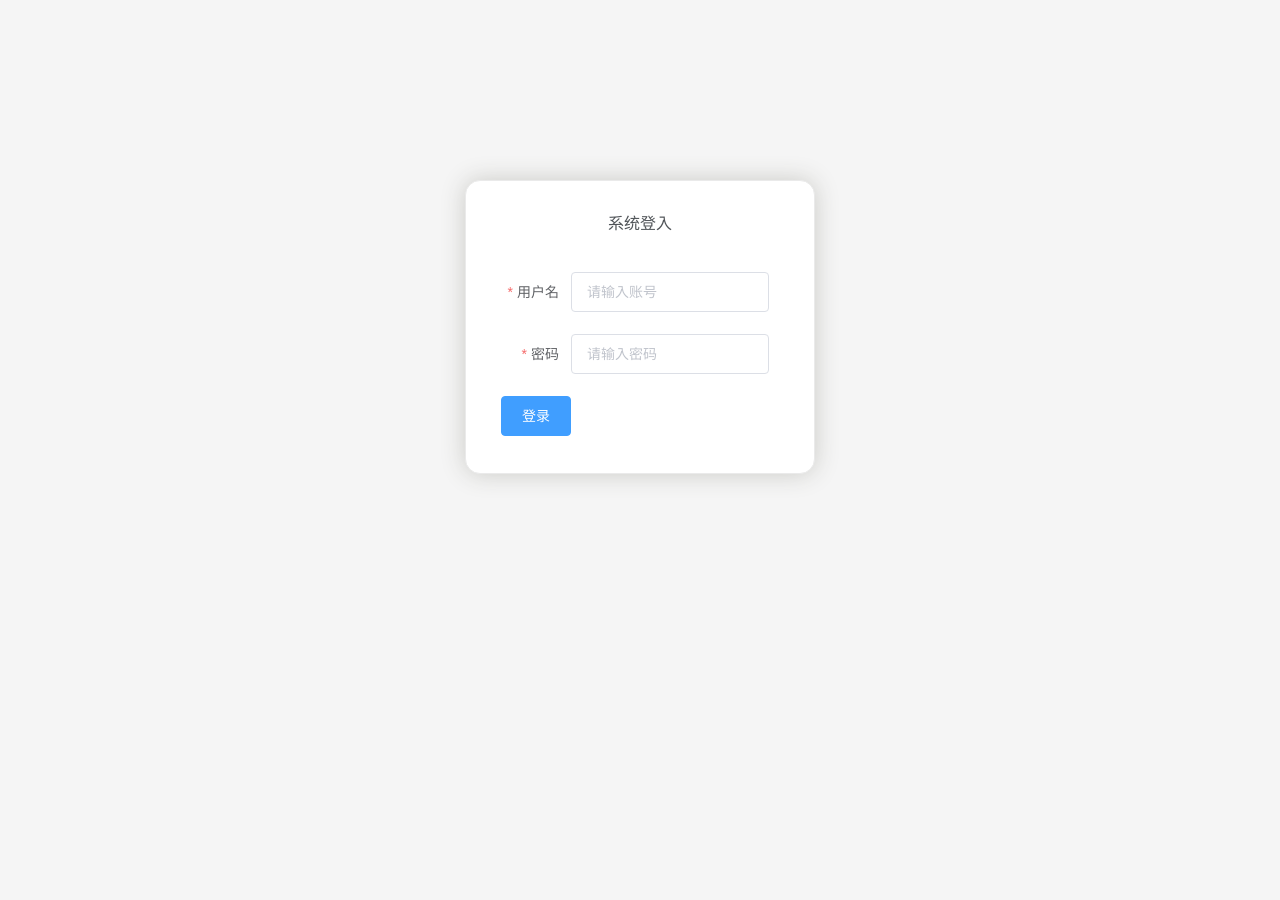
Repository: wangtao20230308/-
Page: /login
These files come from the project's save history. The page is drawn as it stood at one moment and after the next save; the edit follows.
The browser window is 1280 px wide. The pictures show the whole page.
The project was rebuilt for these pictures with package versions that can differ from the ones it lists, and the page was loaded fresh each time. Also part of the build but not shown: src/components/CommonAside.vue, src/components/CommonHeader.vue, src/components/commonTag.vue, src/views/Main.vue, src/utils/requst.js, src/api/index.js, src/views/Home.vue, src/views/User.vue and 3 more.

Above is the page before, as saved 2023-03-27 15:00:46.

### src/main.js
import Vue from 'vue'
import App from './App.vue'
// //element-ui全局引入
// import ElementUI from 'element-ui';
// import 'element-ui/lib/theme-chalk/index.css';
// //element-ui转换成一个插件
// Vue.use(ElementUI);

//ele按需导入
import {
  Pagination,
  MessageBox,
  DatePicker,
  Select,
  Option,
  Form,
  FormItem,
  Input,
  Dialog,
  Tag,
  Breadcrumb,
  BreadcrumbItem,
  Table,
  TableColumn,
  Col,
  Row,
  Card,
  Button,
  Radio,
  Container,
  Aside,
  Header,
  Main,
  Menu,
  Submenu,
  MenuItemGroup,
  MenuItem,
  Dropdown,
  DropdownMenu,
  DropdownItem,
} from 'element-ui'
import 'element-ui/lib/theme-chalk/index.css'
import './assets/less/index.less'
Vue.use(Button)
Vue.use(Radio)
Vue.use(Container)
Vue.use(Aside)
Vue.use(Header)
Vue.use(Main)
Vue.use(Menu)
Vue.use(Submenu)
Vue.use(MenuItemGroup)
Vue.use(MenuItem)
Vue.use(Dropdown)
Vue.use(DropdownMenu)
Vue.use(DropdownItem)
Vue.use(Card)
Vue.use(Row)
Vue.use(Col)
Vue.use(Table)
Vue.use(TableColumn)
Vue.use(Breadcrumb)
Vue.use(BreadcrumbItem)
Vue.use(Tag)
Vue.use(Dialog)
Vue.use(Form)
Vue.use(FormItem)
Vue.use(Input)
Vue.use(Select)
Vue.use(Option)
Vue.use(DatePicker)
Vue.use(Pagination)

Vue.component(MessageBox.name, MessageBox) // 全局注册组件， 若使用Vue.use()会再初始时候执行一次，有bug
Vue.prototype.$message = MessageBox // 挂载到vm实例上
Vue.prototype.$confirm = MessageBox // 挂载到vm实例上

//路由引入
import router from './router'
import store from './store'
import './api/mock'

Vue.config.productionTip = false

new Vue({
  router,
  store, //把store挂载到vue实例上
  render: (h) => h(App),
}).$mount('#app')

### src/App.vue
<template>
  <div id="app">
    <router-view></router-view>
  </div>
</template>

<script>
//import HelloWorld from './components/HelloWorld.vue'

export default {
  name: 'App',
  components: {
    //HelloWorld
  },
}
</script>

<style lang="less">
html,
body,
h3,
p {
  padding: 0;
  margin: 0;
}
#app {
  height: 100vh;
}
</style>

### src/router/index.js
//import { hasOwnMetadata } from 'core-js/fn/reflect'
import Vue from 'vue'
import VueRouter from 'vue-router'
import Main from '../views/Main.vue'
import Home from '../views/Home.vue'
import User from '../views/User.vue'
import Mall from '../views/Mall.vue'
import PageOne from '../views/PageOne.vue'
import PageTwo from '../views/PageTwo.vue'
import Login from '../views/Login.vue'

Vue.use(VueRouter)

const routes = [
  //主路由
  {
    path: '/',
    name: 'Main',
    //按需引入组件
    //原型：component: import()
    component: Main,
    redirect: '/home',
    children: [
      //子路由（嵌套路由）
      {
        //首页
        path: 'home',
        name: 'home',
        component: Home,
      },
      {
        //用户页
        path: 'user',
        name: 'user',
        component: User,
      },
      {
        //商品管理
        path: 'mall',
        name: 'mall',
        component: Mall,
      },
      {
        //页面1
        path: 'page1',
        name: 'page1',
        component: PageOne,
      },
      {
        //页面2
        path: 'page2',
        name: 'page2',
        component: PageTwo,
      },
      // {
      //   path: '/user',
      //   name: 'user',
      //   //按需引入组件
      //   //原型：component: import()
      //   component: () => import('../views/User')
      // }
    ],
  },
  //登入页面Login
  {
    path: '/login',
    name: 'login',
    component: Login,
  },
]

// new VueRouter({
//   mode: 'history',
// })
const router = new VueRouter({
  mode: 'history',
  routes,
})

//导出路由
export default router

### src/store/index.js
import Vue from 'vue'
import Vuex from 'vuex'
import tab from './tab'

//全局注入状态管理vuex
Vue.use(Vuex)

//创建vuex的实例
export default new Vuex.Store({
  modules: {
    tab,
  },
})

### src/api/mock.js
import Mock from 'mockjs'
import homeApi from './mockServeData/home'
import user from './mockServeData/user'

//定义mock请求拦截
// Mock.mock('/api/home/getData', 'get', function () {
//   //拦截到请求后的处理逻辑
//   console.log('拦截到了')
//   return 1
// })
Mock.mock('/api/home/getData', 'get', homeApi.getStatisticalData)

//用户列表的数据
Mock.mock('/api/user/add', 'post', user.createUser) //新增
Mock.mock('/api/user/edit', 'post', user.updateUser) //编辑
Mock.mock('/api/user/del', 'post', user.deleteUser) //删除
Mock.mock(/api\/user\/getUser/, 'get', user.getUserList) //获取表格数据

### src/assets/less/home.less
.home {
    .user {
      display: flex;
      align-items: center;
      padding-bottom: 20px;
      margin-bottom: 20px;
      border-bottom: 1px solid #ccc;
      img {
        width: 150px;
        height: 150px;
        border-radius: 50%;
        margin-right: 40px;
      }
      &info {
        .name {
          font-size: 32px;
          margin-bottom: 10px;
        }
        .access {
          color: #999999;
        }
      }
    }
    .login-info {
      p {
        line-height: 28px;
        font-size: 14px;
        color: #999999;
        span {
          color: #666666;
          margin-left: 60px;
        }
      }
    }
    .num {
      display: flex;
      flex-wrap: wrap;
      justify-content: space-between;
      .el-card {
        width: 32%;
        margin-bottom: 20px;
      }
      .icon {
        font-size: 30px;
        width: 80px;
        height: 80px;
        text-align: center;
        line-height: 80px;
        color: #fff;
      }
      .detail {
        margin-left: 15px;
        display: flex;
        flex-direction: column;
        justify-content: center;
        .num {
          font-size: 30px;
          margin-bottom: 10px;
        }
        .txt {
          font-size: 14px;
          text-align: center;
          color: #999999;
        }
      }
    }
    .graph {
      margin-top: 20px;
      display: flex;
      justify-content: space-between;
      .el-card {
        width: 48%;
      }
    }
  }

### src/views/Login.vue
<template>
  <div>
    <el-form :model="form" :rules="rules" :inline="true" class="login_container" label-width="70px">
      <h3 class="login_title">系统登入</h3>
      <el-form-item label="用户名" prop="userName">
        <el-input placeholder="请输入账号" v-model="form.userName"></el-input>
      </el-form-item>
      <el-form-item label="密码" prop="passWord">
        <el-input placeholder="请输入密码" v-model="form.passWord" type="password"></el-input>
      </el-form-item>
      <el-form-item>
        <el-button type="primary" @click="onSubmit" style="margin-left">登录</el-button>
      </el-form-item>
    </el-form>
  </div>
</template>

<script>
export default {
  data() {
    return {
      form: {
        userName: '',
        passWord: '',
      },
      rules: {
        userName: [{ required: true, message: '请输入用户名', trigger: 'blur' }],
        passWord: [{ required: true, message: '请输入密码', trigger: 'blur' }],
      },
    }
  },
}
</script>

<style lang="less" scoped>
.login_container {
  width: 350px;
  border: 1px solid #eaeaea;
  margin: 180px auto;
  background-color: #fff;
  border-radius: 15px;
  box-shadow: 0 0 25px #cacac6;
  padding: 35px 35px 15px 35px;
  box-sizing: border-box;
  .el-input {
    width: 198px;
  }
  .login_title {
    text-align: center;
    margin-bottom: 40px;
    color: #505458;
  }
}
</style>

### src/store/tab.js
//用来管理菜单的数据
export default {
  state: {
    isCollapse: false, // 控制菜单的展开还是收起
    tabsList: [
      {
        path: '/',
        name: 'home',
        label: '首页',
        icon: 's-home',
        url: 'Home/Home',
      },
    ], //面包屑数据
  },
  mutations: {
    //修改菜单展开收起的方法
    collapseMenu(state) {
      state.isCollapse = !state.isCollapse
    },
    //更新面包屑数据
    selectMenu(state, val) {
      //判断添加的数据是否为首页
      if (val.name !== 'home') {
        const index = state.tabsList.findIndex((item) => item.name === val.name)
        //如果不存在
        if (index === -1) {
          state.tabsList.push(val)
        }
      }
    },
    //删除指定的tag数据
    closeTag(state, item) {
      console.log(item, 'item')
      const index = state.tabsList.findIndex((val) => val.name === item.name)
      state.tabsList.splice(index, 1)
    },
  },
}

### src/api/mockServeData/home.js
// mock数据模拟
import Mock from 'mockjs'

// 图表数据
let List = []
export default {
  getStatisticalData: () => {
    //Mock.Random.float 产生随机数100到8000之间 保留小数 最小0位 最大0位
    for (let i = 0; i < 7; i++) {
      List.push(
        Mock.mock({
          苹果: Mock.Random.float(100, 8000, 0, 0),
          vivo: Mock.Random.float(100, 8000, 0, 0),
          oppo: Mock.Random.float(100, 8000, 0, 0),
          魅族: Mock.Random.float(100, 8000, 0, 0),
          三星: Mock.Random.float(100, 8000, 0, 0),
          小米: Mock.Random.float(100, 8000, 0, 0),
        })
      )
    }
    return {
      code: 20000,
      data: {
        // 饼图
        videoData: [
          {
            name: '小米',
            value: 2999,
          },
          {
            name: '苹果',
            value: 5999,
          },
          {
            name: 'vivo',
            value: 1500,
          },
          {
            name: 'oppo',
            value: 1999,
          },
          {
            name: '魅族',
            value: 2200,
          },
          {
            name: '三星',
            value: 4500,
          },
        ],
        // 柱状图
        userData: [
          {
            date: '周一',
            new: 5,
            active: 200,
          },
          {
            date: '周二',
            new: 10,
            active: 500,
          },
          {
            date: '周三',
            new: 12,
            active: 550,
          },
          {
            date: '周四',
            new: 60,
            active: 800,
          },
          {
            date: '周五',
            new: 65,
            active: 550,
          },
          {
            date: '周六',
            new: 53,
            active: 770,
          },
          {
            date: '周日',
            new: 33,
            active: 170,
          },
        ],
        // 折线图
        orderData: {
          date: ['20191001', '20191002', '20191003', '20191004', '20191005', '20191006', '20191007'],
          data: List,
        },
        //表格数据
        tableData: [
          {
            name: 'oppo',
            todayBuy: 500,
            monthBuy: 3500,
            totalBuy: 22000,
          },
          {
            name: 'vivo',
            todayBuy: 300,
            monthBuy: 2200,
            totalBuy: 24000,
          },
          {
            name: '苹果',
            todayBuy: 800,
            monthBuy: 4500,
            totalBuy: 65000,
          },
          {
            name: '小米',
            todayBuy: 1200,
            monthBuy: 6500,
            totalBuy: 45000,
          },
          {
            name: '三星',
            todayBuy: 300,
            monthBuy: 2000,
            totalBuy: 34000,
          },
          {
            name: '魅族',
            todayBuy: 350,
            monthBuy: 3000,
            totalBuy: 22000,
          },
        ],
      },
    }
  },
}

### src/api/mockServeData/user.js
import Mock from 'mockjs'

// get请求从config.url获取参数，post从config.body中获取参数
function param2Obj(url) {
  const search = url.split('?')[1]
  if (!search) {
    return {}
  }
  return JSON.parse('{"' + decodeURIComponent(search).replace(/"/g, '\\"').replace(/&/g, '","').replace(/=/g, '":"') + '"}')
}

let List = []
const count = 200

for (let i = 0; i < count; i++) {
  List.push(
    Mock.mock({
      id: Mock.Random.guid(),
      name: Mock.Random.cname(),
      addr: Mock.mock('@county(true)'),
      'age|18-60': 1,
      birth: Mock.Random.date(),
      sex: Mock.Random.integer(0, 1),
    })
  )
}

export default {
  /**
   * 获取列表
   * 要带参数 name, page, limt; name可以不填, page,limit有默认值。
   * @param name, page, limit
   * @return {{code: number, count: number, data: *[]}}
   */
  getUserList: (config) => {
    const { name, page = 1, limit = 20 } = param2Obj(config.url)
    console.log('name:' + name, 'page:' + page, '分页大小limit:' + limit)
    const mockList = List.filter((user) => {
      if (name && user.name.indexOf(name) === -1 && user.addr.indexOf(name) === -1) return false
      return true
    })
    const pageList = mockList.filter((item, index) => index < limit * page && index >= limit * (page - 1))
    return {
      code: 20000,
      count: mockList.length,
      list: pageList,
    }
  },
  /**
   * 增加用户
   * @param name, addr, age, birth, sex
   * @return {{code: number, data: {message: string}}}
   */
  createUser: (config) => {
    const { name, addr, age, birth, sex } = JSON.parse(config.body)
    console.log(JSON.parse(config.body))
    List.unshift({
      id: Mock.Random.guid(),
      name: name,
      addr: addr,
      age: age,
      birth: birth,
      sex: sex,
    })
    return {
      code: 20000,
      data: {
        message: '添加成功',
      },
    }
  },
  /**
   * 删除用户
   * @param id
   * @return {*}
   */
  deleteUser: (config) => {
    const { id } = JSON.parse(config.body)
    if (!id) {
      return {
        code: -999,
        message: '参数不正确',
      }
    } else {
      List = List.filter((u) => u.id !== id)
      return {
        code: 20000,
        message: '删除成功',
      }
    }
  },
  /**
   * 批量删除
   * @param config
   * @return {{code: number, data: {message: string}}}
   */
  batchremove: (config) => {
    let { ids } = param2Obj(config.url)
    ids = ids.split(',')
    List = List.filter((u) => !ids.includes(u.id))
    return {
      code: 20000,
      data: {
        message: '批量删除成功',
      },
    }
  },
  /**
   * 修改用户
   * @param id, name, addr, age, birth, sex
   * @return {{code: number, data: {message: string}}}
   */
  updateUser: (config) => {
    const { id, name, addr, age, birth, sex } = JSON.parse(config.body)
    const sex_num = parseInt(sex)
    List.some((u) => {
      if (u.id === id) {
        u.name = name
        u.addr = addr
        u.age = age
        u.birth = birth
        u.sex = sex_num
        return true
      }
    })
    return {
      code: 20000,
      data: {
        message: '编辑成功',
      },
    }
  },
}

Loaded but not shown: public/index.html (common file); src/assets/less/index.less (common file); src/assets/less/common.less (common file); src/assets/less/reset.less (common file)

After the next save:
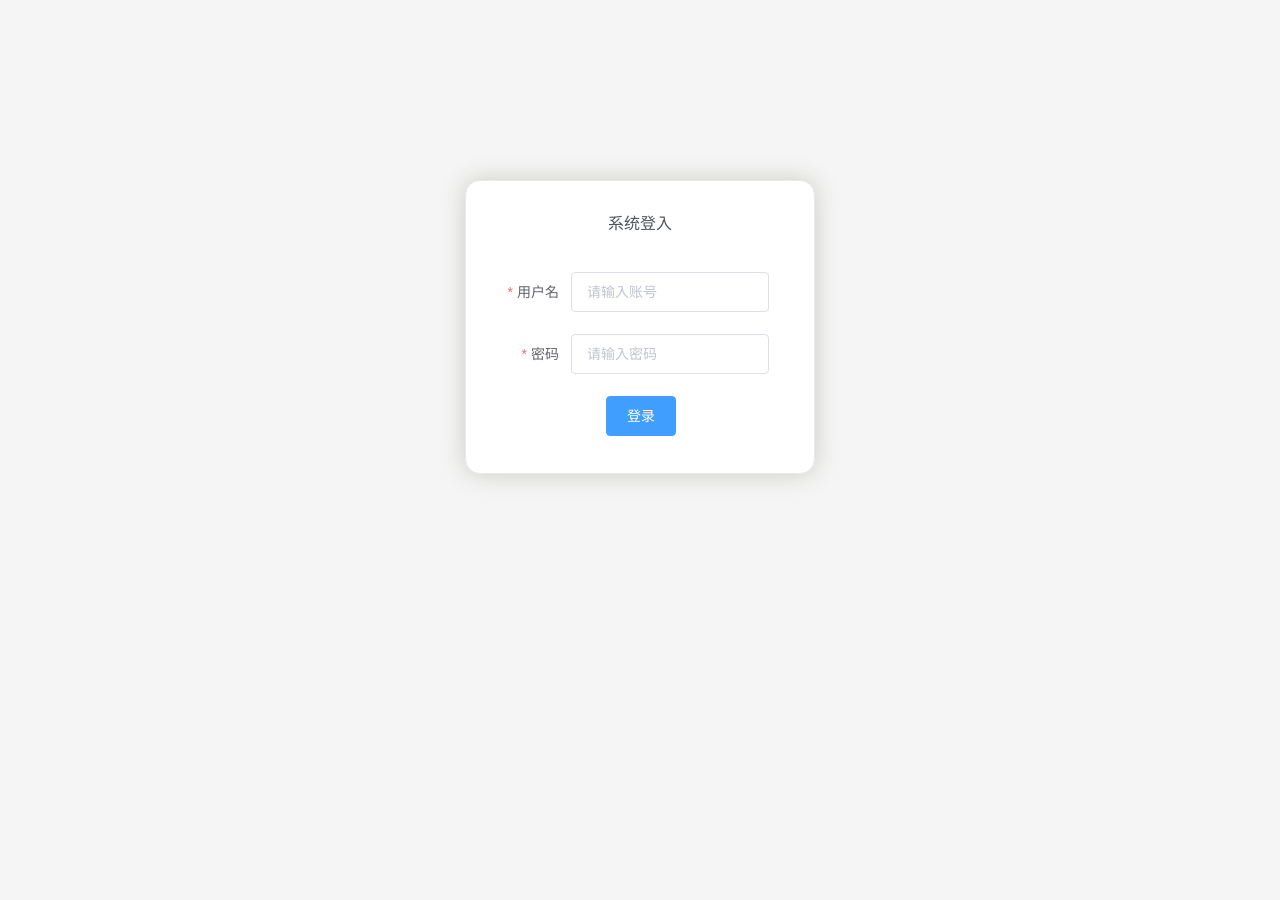
Saved 17 s later.
--- a/src/views/Login.vue
+++ b/src/views/Login.vue
@@ -9,7 +9,7 @@
         <el-input placeholder="请输入密码" v-model="form.passWord" type="password"></el-input>
       </el-form-item>
       <el-form-item>
-        <el-button type="primary" @click="onSubmit" style="margin-left">登录</el-button>
+        <el-button type="primary" @click="onSubmit" style="margin-left: 105px">登录</el-button>
       </el-form-item>
     </el-form>
   </div>
